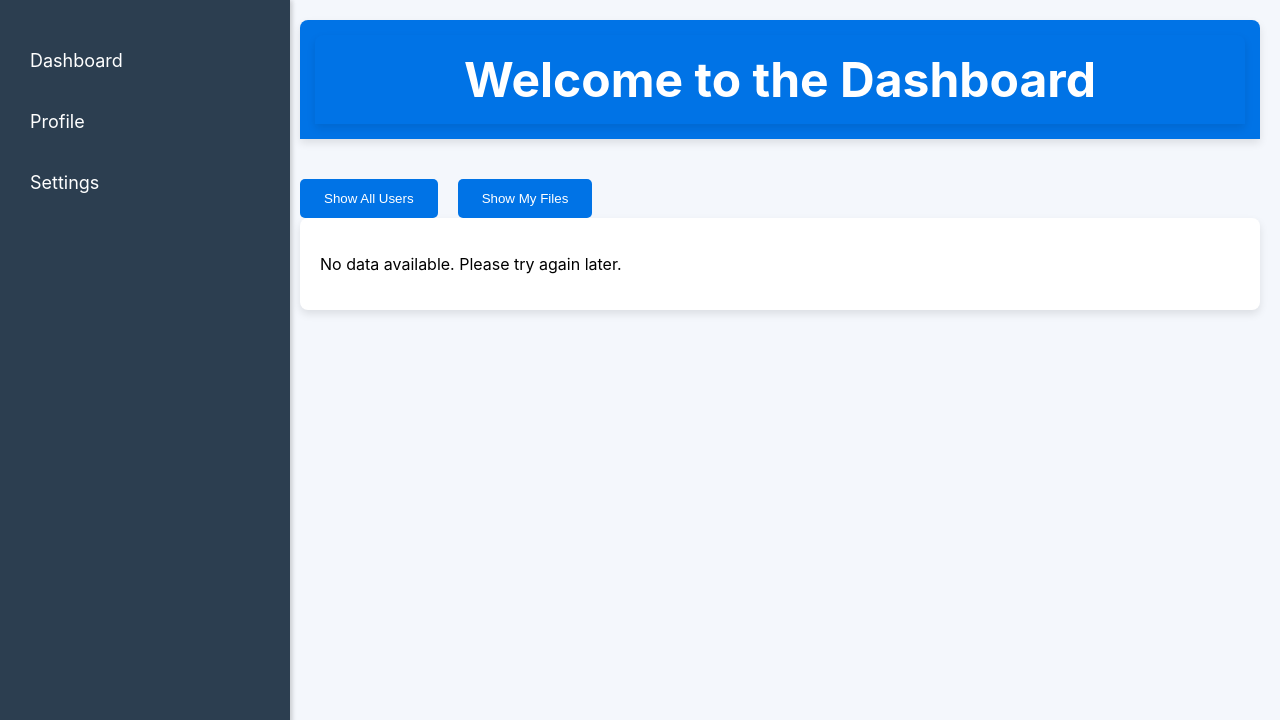
Repository: JaafarRezk/FrontEnd-InternetApplications
Page: /dashboard
An editor plug-in stored every save of this project. The page is shown before and after the next save, followed by the edit.
The browser window is 1280 px wide. The pictures show the whole page.
The project was rebuilt for these pictures with package versions that can differ from the ones it lists, and the page was loaded fresh each time. Also part of the build but not shown: src/styles/Home.module.css, src/components/Home.js, src/styles/Auth.module.css, src/components/Auth/Login.js, src/components/Auth/Register.js.

Above is the page before, as saved 2024-11-09 16:48:07.

### src/App.js
// src/App.js
import React from 'react';
import { BrowserRouter as Router, Route, Routes } from 'react-router-dom';
import Home from './components/Home';
import Login from './components/Auth/Login';

import Dashboard from './components/Dashboard';
import Register from './components/Auth/Register';

function App() {
  return (
    <Router>
      <div className="App">
      <Routes>
      <Route path="/" element={<Home />} />
        <Route path="/login" element={<Login />} />
        <Route path="/register" element={<Register />} />
        <Route path="/dashboard" element={<Dashboard />} />
      </Routes>
      </div>
    </Router>
  );
}

export default App;

### src/components/Dashboard.js
import React, { useState } from 'react';
import axios from 'axios';
import Sidebar from './Sidebar';
import Header from './Header';
import Toolbar from './Toolbar';
import Content from './Contnent';
import styles from '../styles/Dashboard.module.css';
import SidebarStyles from '../styles/Sidebar.module.css';
import HeaderStyles from '../styles/Header.module.css';
import ToolbarStyles from '../styles/Toolbar.module.css';

const Dashboard = () => {
  const [users, setUsers] = useState([]);
  const [files, setFiles] = useState([]);
  const [error, setError] = useState('');
  const [loading, setLoading] = useState(false);

  const fetchUsers = async () => {
    setLoading(true);
    setError('');
    try {
      const token = localStorage.getItem('token');
      const response = await axios.get('http://127.0.0.1:8000/api/allUsers', {
        headers: {
          Authorization: `Bearer ${token}`,
        },
      });
      setUsers(response.data.data);
    } catch (error) {
      setError('Failed to load users.');
      console.error(error);
    } finally {
      setLoading(false);
    }
  };

  const fetchFiles = async () => {
    setLoading(true);
    setError('');
    try {
      const token = localStorage.getItem('token');
      const response = await axios.get('http://127.0.0.1:8000/api/file/getMyFiles', {
        headers: {
          Authorization: `Bearer ${token}`,
        },
      });
      setFiles(response.data);
    } catch (error) {
      setError('Failed to load files.');
      console.error(error);
    } finally {
      setLoading(false);
    }
  };

  return (
    <div className={styles.dashboard}>
      <div className={SidebarStyles.sidebar}>
        <Sidebar />
      </div>
      <div className={styles.mainContent}>
        <div className={HeaderStyles.header}>
          <Header />
        </div>
        <div className={ToolbarStyles.toolbar}>
          <Toolbar fetchUsers={fetchUsers} fetchFiles={fetchFiles} loading={loading} />
        </div>
        <Content users={users} files={files} error={error} loading={loading} />
      </div>
    </div>
  );
};

export default Dashboard;

### src/components/Sidebar.js
import React from 'react';
import { Link } from 'react-router-dom';
import styles from '../styles/Sidebar.module.css';

const Sidebar = () => {
  return (
    <div className={styles.sidebar}>
      <ul>
        <li><Link to="/dashboard">Dashboard</Link></li>
        <li><Link to="/profile">Profile</Link></li>
        <li><Link to="/settings">Settings</Link></li>
      </ul>
    </div>
  );
};

export default Sidebar;

### src/components/Header.js
import React from 'react';
import styles from '../styles/Header.module.css';

const Header = () => {
  return (
    <div className={styles.header}>
      <h1>Welcome to the Dashboard</h1>
    </div>
  );
};

export default Header;

### src/components/Toolbar.js
import React from 'react';
import styles from '../styles/Toolbar.module.css';

const Toolbar = ({ fetchUsers, fetchFiles, loading }) => {
  return (
    <div className={styles.toolbar}>
      <button onClick={fetchUsers} className={styles.button} disabled={loading}>
        {loading ? 'Loading Users...' : 'Show All Users'}
      </button>
      <button onClick={fetchFiles} className={styles.button} disabled={loading}>
        {loading ? 'Loading Files...' : 'Show My Files'}
      </button>
    </div>
  );
};

export default Toolbar;

### src/components/Contnent.js
import React from 'react';
import styles from '../styles/Content.module.css';

const Content = ({ users, files, error, loading }) => {
  return (
    <div className={styles.content}>
      {error && <p className={styles.error}>{error}</p>}

      {loading && <p>Loading...</p>}

      {users.length > 0 && (
        <div className={styles.cardContainer}>
          <div className={styles.card}>
            <h3>Users:</h3>
            <ul>
              {users.map((user) => (
                <li key={user.id}>{user.name} - {user.email}</li>
              ))}
            </ul>
          </div>
        </div>
      )}

      {files.length > 0 && (
        <div className={styles.cardContainer}>
          <div className={styles.card}>
            <h3>My Files:</h3>
            <ul>
              {files.map((file) => (
                <li key={file.id}>{file.name}</li>
              ))}
            </ul>
          </div>
        </div>
      )}

      {users.length === 0 && files.length === 0 && !loading && (
        <p>No data available. Please try again later.</p>
      )}
    </div>
  );
};

export default Content;

### src/styles/Dashboard.module.css
/* Dashboard.module.css */
.dashboard {
    display: flex;
    min-height: 100vh;
    background-color: #f4f7fc;
  }

  .mainContent {
    flex: 1;
    margin-left: 280px; /* Space for Sidebar */
    padding: 20px;
  }

  @media (max-width: 768px) {
    .mainContent {
      margin-left: 0;
    }
  }

### src/styles/Sidebar.module.css
/* Sidebar.module.css */
.sidebar {
    width: 250px;
    background-color: #2c3e50;
    color: white;
    padding: 20px;
    height: 100vh;
    position: fixed;
    top: 0;
    left: 0;
    box-shadow: 2px 0 5px rgba(0, 0, 0, 0.1);
    transition: width 0.3s;
  }

  .sidebar ul {
    list-style-type: none;
    padding: 0;
  }

  .sidebar li {
    margin: 20px 0;
  }

  .sidebar li a {
    color: white;
    text-decoration: none;
    font-size: 18px;
    display: block;
    padding: 10px;
    border-radius: 4px;
    transition: background-color 0.3s;
  }

  .sidebar li a:hover {
    background-color: #0073e6;
  }

### src/styles/Header.module.css
/* Header.module.css */
.header {
    background-color: #0073e6;
    color: white;
    padding: 15px;
    text-align: center;
    font-size: 24px;
    font-weight: bold;
    border-radius: 8px 8px 0 0;
    box-shadow: 0 4px 8px rgba(0, 0, 0, 0.1);
  }

  .header h1 {
    margin: 0;
  }

### src/styles/Toolbar.module.css
/* Toolbar.module.css */
.toolbar {
    display: flex;
    gap: 20px;
    margin-top: 20px;
  }

  .button {
    padding: 12px 24px;
    background-color: #0073e6;
    color: white;
    border: none;
    cursor: pointer;
    border-radius: 5px;
    transition: background-color 0.3s ease;
  }

  .button:hover {
    background-color: #005bb5;
  }

  .button:disabled {
    background-color: #cccccc;
    cursor: not-allowed;
  }

### src/styles/Content.module.css
/* Content.module.css */
.content {
    padding: 20px;
    background-color: #fff;
    border-radius: 8px;
    box-shadow: 0 4px 8px rgba(0, 0, 0, 0.1);
  }

  .error {
    color: red;
    font-weight: bold;
  }

  .cardContainer {
    margin-top: 20px;
  }

  .card {
    background-color: #f9f9f9;
    padding: 15px;
    border-radius: 8px;
    box-shadow: 0 4px 8px rgba(0, 0, 0, 0.05);
  }

  .card h3 {
    margin-bottom: 10px;
    color: #333;
  }

  .card ul {
    list-style-type: none;
    padding: 0;
  }

  .card li {
    padding: 8px 0;
    border-bottom: 1px solid #eee;
  }

  .card li:last-child {
    border-bottom: none;
  }

Loaded but not shown: public/index.html (common file); src/index.js (common file); src/index.css (common file); src/reportWebVitals.js (common file)

After the next save:
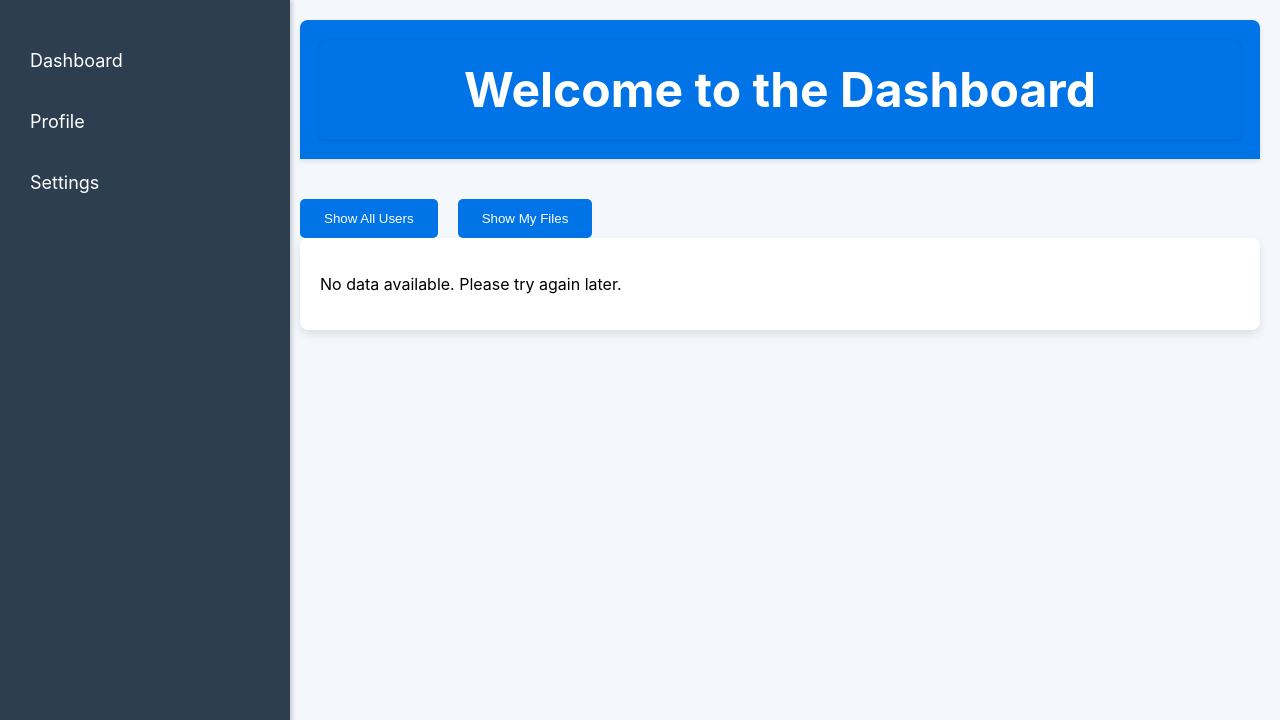
Saved 18 s later.
--- a/src/styles/Header.module.css
+++ b/src/styles/Header.module.css
@@ -2,12 +2,12 @@
 .header {
     background-color: #0073e6;
     color: white;
-    padding: 15px;
+    padding: 20px;
     text-align: center;
     font-size: 24px;
     font-weight: bold;
+    box-shadow: 0 2px 5px rgba(0, 0, 0, 0.1);
     border-radius: 8px 8px 0 0;
-    box-shadow: 0 4px 8px rgba(0, 0, 0, 0.1);
   }
 
   .header h1 {
